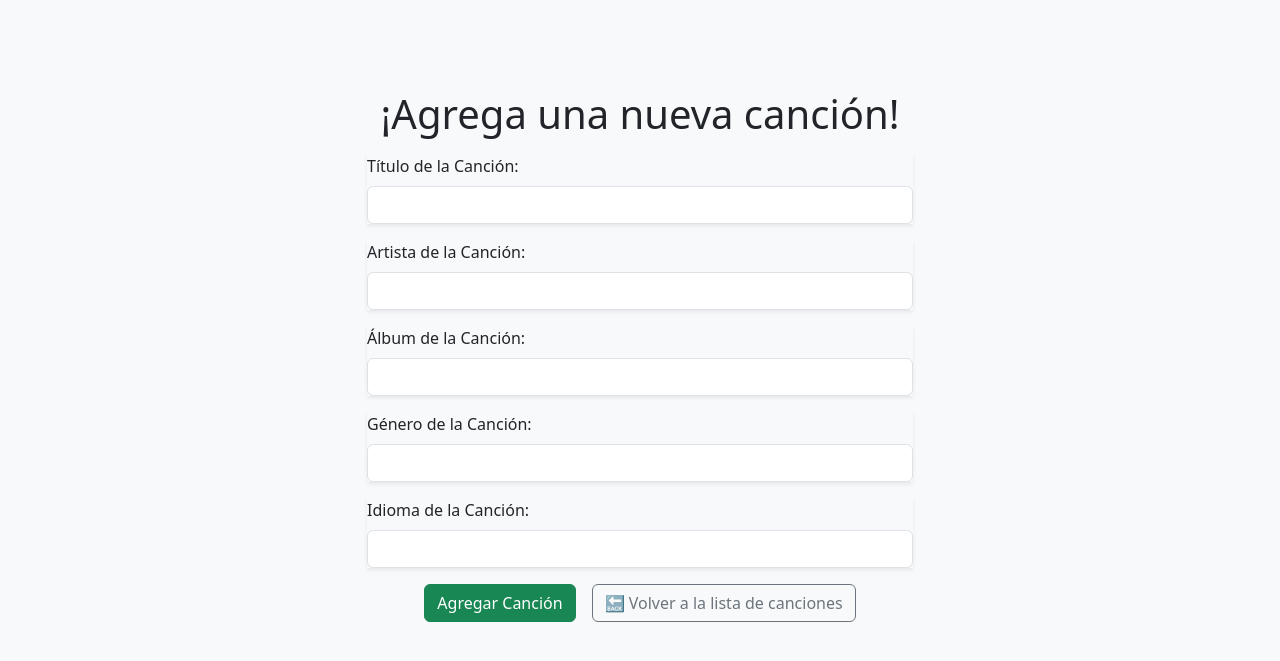
Repository: mariavanez/eliminar_canciones
Page: http://localhost/Canciones/WEB-INF/agregarCancion.jsp
These files come from the project's save history. The page is drawn as it stood at one moment and after the next save; the edit follows.
The browser window is 1280 px wide. The pictures show the whole page.
The page is served by Tomcat 9. Nobody is signed in. The template is opened directly, without the code that normally fills it, so the values that code supplies are empty.

Above is the page before, as saved 2025-02-10 00:47:11.

After the next save:
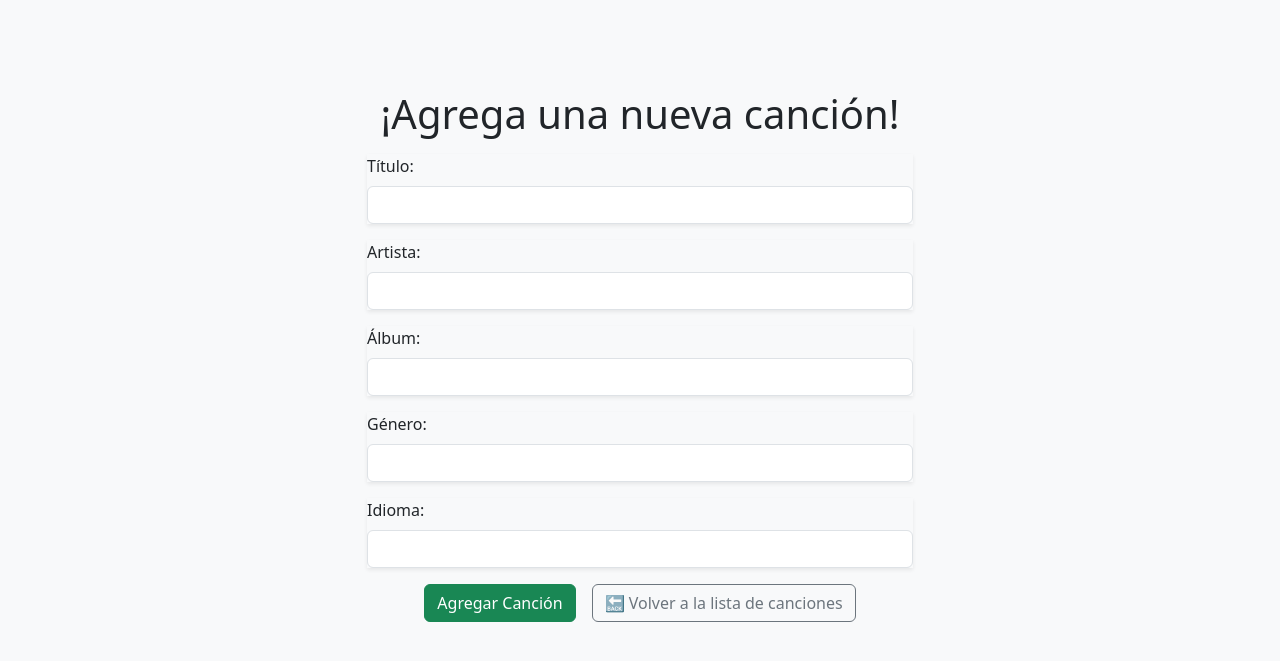
Saved 81 s later.
--- a/Canciones/src/main/webapp/WEB-INF/agregarCancion.jsp
+++ b/Canciones/src/main/webapp/WEB-INF/agregarCancion.jsp
@@ -16,27 +16,27 @@
 				<h1 class="text-center mb-3">¡Agrega una nueva canción!</h1>
 				<form:form action="/canciones/procesa/agregar" method="post" modelAttribute="cancion" >
 					<div class="mb-3 shadow-sm">
-						<form:label path="titulo" for="titulo" class="form-label">Título de la Canción:</form:label>
+						<form:label path="titulo" for="titulo" class="form-label">Título:</form:label>
 						<form:input path="titulo" type="text" class="form-control"></form:input>
 						<form:errors path="titulo" class="text-danger bg-light rounded p-1 d-block mt-1"></form:errors>
 					</div>
 					<div class="mb-3 shadow-sm">
-						<form:label path="artista" for="artista" class="form-label">Artista de la Canción:</form:label>
+						<form:label path="artista" for="artista" class="form-label">Artista:</form:label>
 						<form:input path="artista" type="text"  class="form-control"></form:input>
 						<form:errors path="artista" class="text-danger bg-light rounded p-1 d-block mt-1"></form:errors>
 					</div>
 					<div class="mb-3 shadow-sm">
-						<form:label path="album" for="album" class="form-label">Álbum de la Canción:</form:label>
+						<form:label path="album" for="album" class="form-label">Álbum:</form:label>
 						<form:input path="album" type="text" class="form-control"></form:input>
 						<form:errors path="album" class="text-danger bg-light rounded p-1 d-block mt-1"></form:errors>
 					</div>
 					<div class="mb-3 shadow-sm">
-						<form:label path="genero" for="genero" class="form-label">Género de la Canción:</form:label>
+						<form:label path="genero" for="genero" class="form-label">Género:</form:label>
 						<form:input path="genero" type="text" class="form-control"></form:input>
 						<form:errors path="genero" class="text-danger bg-light rounded p-1 d-block mt-1"></form:errors>
 					</div>
 					<div class="mb-3 shadow-sm">
-						<form:label path="idioma" for="idioma" class="form-label">Idioma de la Canción:</form:label>
+						<form:label path="idioma" for="idioma" class="form-label">Idioma:</form:label>
 						<form:input path="idioma" type="text" class="form-control"></form:input>
 						<form:errors path="idioma" class="text-danger bg-light rounded p-1 d-block mt-1"></form:errors>
 					</div>
